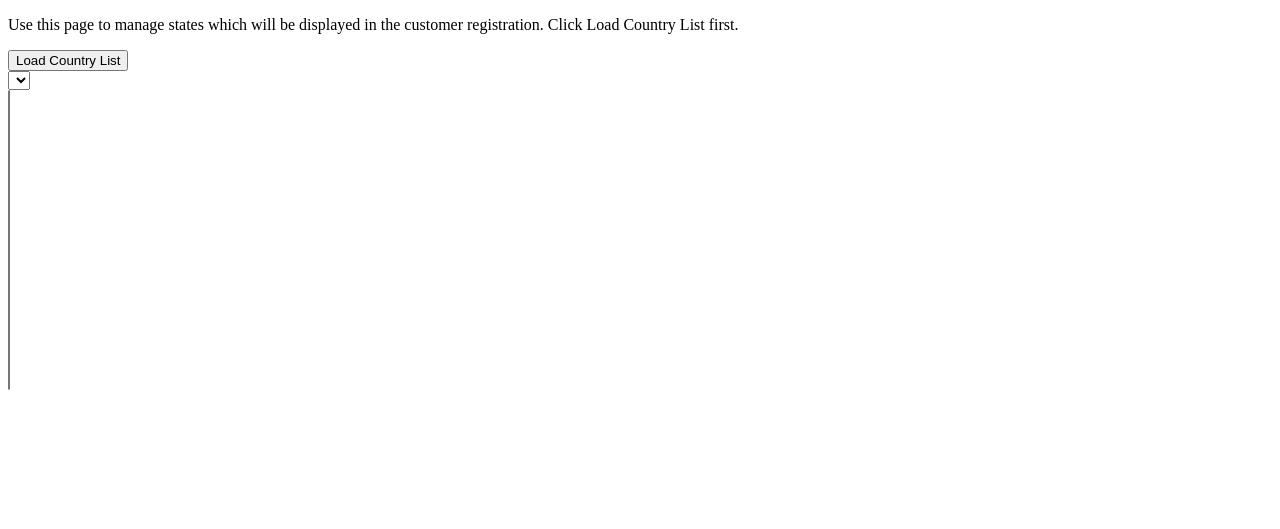
Repository: theAnh-js/Spring-Boot-E-commerce
Page: http://localhost/settings/states
The author's editor kept a copy of each file at every save. The page is drawn from the files as they stood at one save, then again after the next save.
The browser window is 1280 px wide. The pictures show the whole page.
The page is this project's Thymeleaf template; nobody is signed in. The template is opened directly, without the code that normally fills it, so the values that code supplies are empty.

Above is the page before, as saved 2024-02-18 06:31:31.

### ShopmeProject/ShopmeWebParent/ShopmeBackEnd/src/main/resources/templates/settings/states.html
<!DOCTYPE html>
<html xmlns:th="http://www.thymeleaf.org">
<body>
<div th:fragment = "content" th:remove="tag">
	<div>
		<p>
			Use this page to manage states which will be displayed in the customer registration.
			Click Load Country List first.
		</p>
	</div>
	<div>
		<input type="button" id="buttonLoadCountriesForState" class="btn btn-primary m-2" value="Load Country List"/>
	</div>
	<div>
		<select id="dropDownCountriesForState" class="form-control m-2">

		</select>
	</div>

	<div>
		<select id="dropDownStates" class="form-control m-2" style="height: 300px" size="3">

		</select>
	</div>

	<!-- <div class="form-group row ml-2">
		<label class="col-form-label mt-2" id="labelCountryName">Country Name:</label>
		<div class="col-md">
			<input type="text" class="form-control mt-2" id="fieldCountryName"/>
		</div>

		<label class="col-form-label mt-2">Code:</label>
		<div class="col-md">
			<input type="text" class="form-control mt-2" id="fieldCountryCode"/>
		</div>

		<div class="col-lg-4 mt-2">
			<input type="button" id="buttonAddCountry" value="New" class="btn btn-secondary mr-2"/>
			<input type="button" id="buttonUpdateCountry" value="Update" class="btn btn-secondary mr-2" disabled="disabled"/>
			<input type="button" id="buttonDeleteCountry" value="Delete" class="btn btn-secondary" disabled="disabled"/>
		</div>
	</div> -->

</div>
</body>
</html>

After the next save:
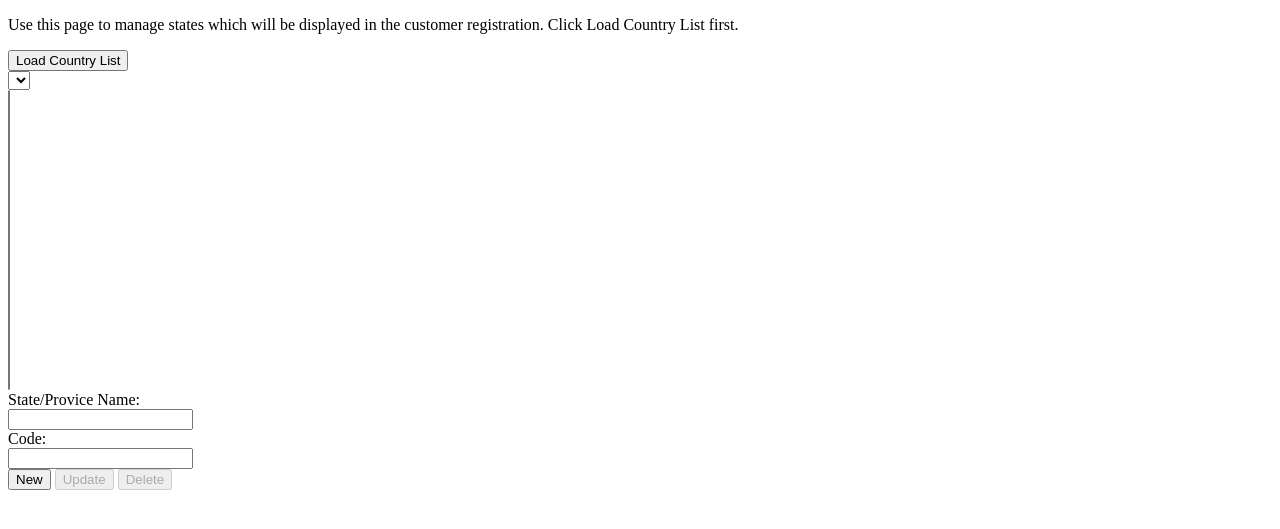
Saved 23 h 42 min later.
--- a/ShopmeProject/ShopmeWebParent/ShopmeBackEnd/src/main/resources/templates/settings/states.html
+++ b/ShopmeProject/ShopmeWebParent/ShopmeBackEnd/src/main/resources/templates/settings/states.html
@@ -23,10 +23,10 @@
 		</select>
 	</div>
 
-	<!-- <div class="form-group row ml-2">
-		<label class="col-form-label mt-2" id="labelCountryName">Country Name:</label>
+	<div class="form-group row ml-2">
+		<label class="col-form-label mt-2" id="labelStateName">State/Provice Name:</label>
 		<div class="col-md">
-			<input type="text" class="form-control mt-2" id="fieldCountryName"/>
+			<input type="text" class="form-control mt-2" id="fieldStateName"/>
 		</div>
 
 		<label class="col-form-label mt-2">Code:</label>
@@ -35,11 +35,11 @@
 		</div>
 
 		<div class="col-lg-4 mt-2">
-			<input type="button" id="buttonAddCountry" value="New" class="btn btn-secondary mr-2"/>
-			<input type="button" id="buttonUpdateCountry" value="Update" class="btn btn-secondary mr-2" disabled="disabled"/>
-			<input type="button" id="buttonDeleteCountry" value="Delete" class="btn btn-secondary" disabled="disabled"/>
+			<input type="button" id="buttonAddState" value="New" class="btn btn-secondary mr-2"/>
+			<input type="button" id="buttonUpdateState" value="Update" class="btn btn-secondary mr-2" disabled="disabled"/>
+			<input type="button" id="buttonDeleteState" value="Delete" class="btn btn-secondary" disabled="disabled"/>
 		</div>
-	</div> -->
+	</div>
 
 </div>
 </body>
